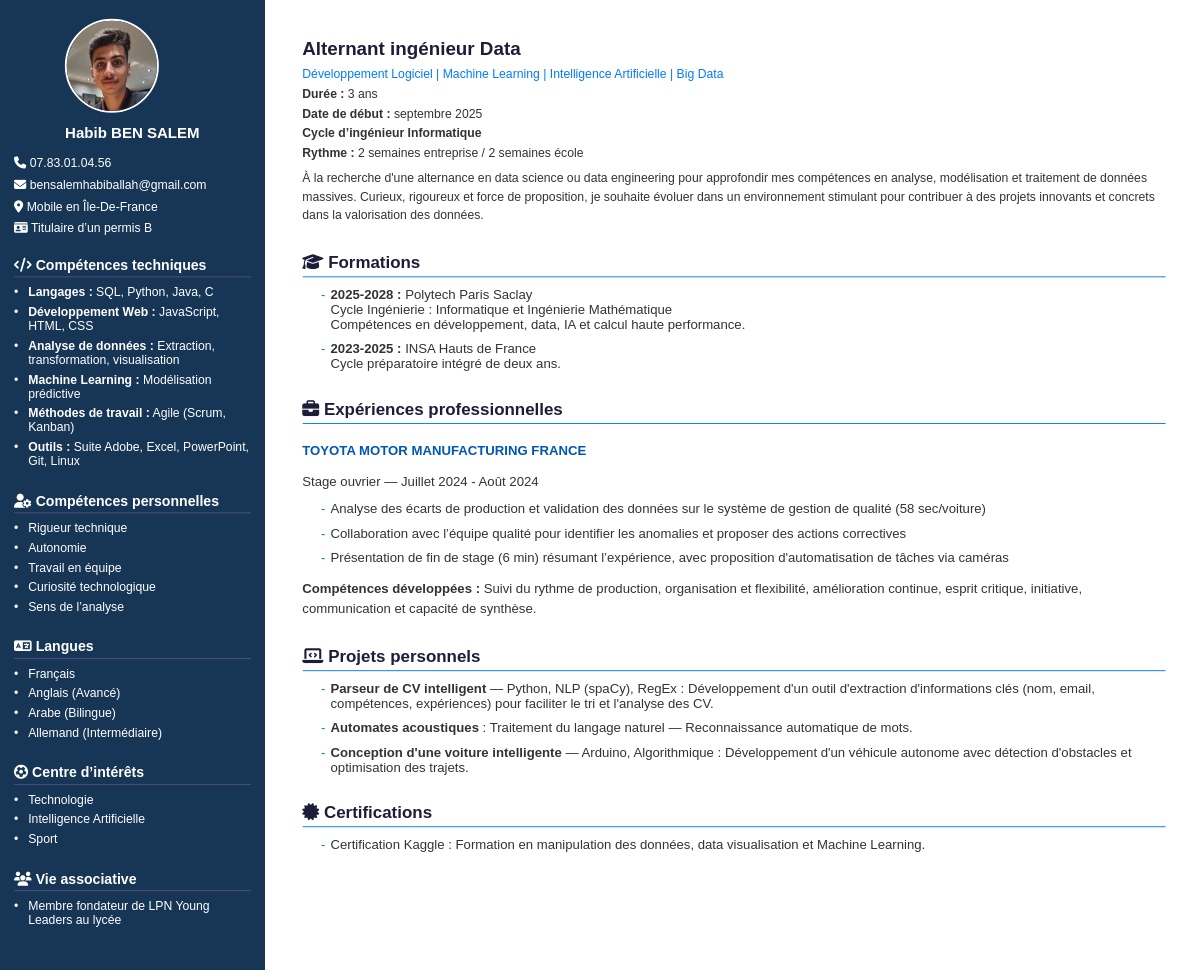
Repository: hazemax007/resume-habib
Page: index.html
An editor plug-in stored every save of this project. The page is shown before and after a run of saves, followed by the edit.
The browser window is 1280 px wide. The pictures show the whole page, at 94% of full size.

Above is the page before, as saved 2025-04-28 22:12:38.

### index.html
<!DOCTYPE html>
<html lang="fr">
<head>
  <meta charset="UTF-8">
  <meta name="viewport" content="width=device-width, initial-scale=1">
  <title>Habib BEN SALEM - Alternant ingénieur Data</title>
  <link rel="stylesheet" href="cv.css">
  <link rel="stylesheet" href="https://cdnjs.cloudflare.com/ajax/libs/font-awesome/6.4.2/css/all.min.css">
</head>
<body>
  <div class="container">
    <!-- Sidebar gauche -->
    <aside class="sidebar">
      <div class="profile">
        <img src="assets/cv.jpg" alt="Habib Ben Salem">
        <h1>Habib BEN SALEM</h1>
      </div>

      <div class="info">
        <p><i class="fas fa-phone"></i> 07.83.01.04.56</p>
        <p><i class="fas fa-envelope"></i> bensalemhabiballah@gmail.com</p>
        <p><i class="fas fa-location-dot"></i> Mobile en Île-De-France</p>
        <p><i class="fas fa-id-card"></i> Titulaire d’un permis B</p>
      </div>

      <div class="section">
        <h2><i class="fas fa-code"></i> Compétences techniques</h2>
        <ul>
          <li><strong>Langages :</strong> SQL, Python, Java, C</li>
          <li><strong>Développement Web :</strong> JavaScript, HTML, CSS</li>
          <li><strong>Analyse de données :</strong> Extraction, transformation, visualisation</li>
          <li><strong>Machine Learning :</strong> Modélisation prédictive</li>
          <li><strong>Méthodes de travail :</strong> Agile (Scrum, Kanban)</li>
          <li><strong>Outils :</strong> Suite Adobe, Excel, PowerPoint, Git, Linux</li>
        </ul>
      </div>

      <div class="section">
        <h2><i class="fas fa-user-cog"></i> Compétences personnelles</h2>
        <ul>
          <li>Rigueur technique</li>
          <li>Autonomie</li>
          <li>Travail en équipe</li>
          <li>Curiosité technologique</li>
          <li>Sens de l’analyse</li>
        </ul>
      </div>

      <div class="section">
        <h2><i class="fas fa-language"></i> Langues</h2>
        <ul>
          <li>Français</li>
          <li>Anglais (Avancé)</li>
          <li>Arabe (Bilingue)</li>
          <li>Allemand (Intermédiaire)</li>
        </ul>
      </div>

      <div class="section">
        <h2><i class="fas fa-futbol"></i> Centre d’intérêts</h2>
        <ul>
          <li>Technologie</li>
          <li>Intelligence Artificielle</li>
          <li>Sport</li>
        </ul>
      </div>

      <div class="section">
        <h2><i class="fas fa-users"></i> Vie associative</h2>
        <ul>
          <li>Membre fondateur de LPN Young Leaders au lycée</li>
        </ul>
      </div>
    </aside>

    <!-- Contenu principal droite -->
    <main class="main-content">
      <section class="intro">
        <h1>Alternant ingénieur Data</h1>
        <p class="domaines">Développement Logiciel | Machine Learning | Intelligence Artificielle | Big Data</p>
        <p><strong>Durée :</strong> 3 ans</p>
        <p><strong>Date de début :</strong> septembre 2025</p>
        <p><strong>Cycle d’ingénieur Informatique</strong></p>
        <p><strong>Rythme :</strong> 2 semaines entreprise / 2 semaines école</p>
        <p class="presentation">
          À la recherche d'une alternance en data science ou data engineering pour approfondir mes compétences en analyse, modélisation et traitement de données massives. Curieux, rigoureux et force de proposition, je souhaite évoluer dans un environnement stimulant pour contribuer à des projets innovants et concrets dans la valorisation des données.
        </p>
      </section>

      <section class="section">
        <h2><i class="fas fa-graduation-cap"></i> Formations</h2>
        <ul>
          <li><strong>2025-2028 :</strong> Polytech Paris Saclay<br>Cycle Ingénierie : Informatique et Ingénierie Mathématique<br>Compétences en développement, data, IA et calcul haute performance.</li>
          <li><strong>2023-2025 :</strong> INSA Hauts de France<br>Cycle préparatoire intégré de deux ans.</li>
        </ul>
      </section>

      <section class="section">
        <h2><i class="fas fa-briefcase"></i> Expériences professionnelles</h2>
        <h3>TOYOTA MOTOR MANUFACTURING FRANCE</h3>
        <p>Stage ouvrier — Juillet 2024 - Août 2024</p>
        <ul>
          <li>Analyse des écarts de production et validation des données sur le système de gestion de qualité (58 sec/voiture)</li>
          <li>Collaboration avec l’équipe qualité pour identifier les anomalies et proposer des actions correctives</li>
          <li>Présentation de fin de stage (6 min) résumant l’expérience, avec proposition d'automatisation de tâches via caméras</li>
        </ul>
        <p><strong>Compétences développées :</strong> Suivi du rythme de production, organisation et flexibilité, amélioration continue, esprit critique, initiative, communication et capacité de synthèse.</p>
      </section>

      <section class="section">
        <h2><i class="fas fa-laptop-code"></i> Projets personnels</h2>
        <ul>
          <li><strong>Parseur de CV intelligent</strong> — Python, NLP (spaCy), RegEx : Développement d'un outil d'extraction d'informations clés (nom, email, compétences, expériences) pour faciliter le tri et l'analyse des CV.</li>
          <li><strong>Automates acoustiques</strong> : Traitement du langage naturel — Reconnaissance automatique de mots.</li>
          <li><strong>Conception d'une voiture intelligente</strong> — Arduino, Algorithmique : Développement d'un véhicule autonome avec détection d'obstacles et optimisation des trajets.</li>
        </ul>
      </section>

      <section class="section">
        <h2><i class="fas fa-certificate"></i> Certifications</h2>
        <ul>
          <li>Certification Kaggle : Formation en manipulation des données, data visualisation et Machine Learning.</li>
        </ul>
      </section>
    </main>
  </div>
</body>
</html>

### cv.css
/* Reset */
* {
    margin: 0;
    padding: 0;
    box-sizing: border-box;
}

/* Body */
body {
    font-family: 'Poppins', Arial, sans-serif;
    background-color: #f5f5f5;
    color: #333;
    font-size: 13px;
}

/* Container principal */
.container {
    display: flex;
    min-height: 100vh;
}

/* Sidebar */
.sidebar {
    width: 22%;
    background-color: #173555;
    padding: 20px 15px;
    display: flex;
    flex-direction: column;
    align-items: center;
    color: #ffffff;
}

.profile img {
    width: 100px;
    height: 100px;
    object-fit: cover;
    border-radius: 50%;
    margin-bottom: 10px;
    border: 2px solid #ffffff;
}

.profile h1 {
    font-size: 16px;
    margin-bottom: 15px;
    text-align: center;
}

.info {
    text-align: left;
    width: 100%;
    margin-bottom: 15px;
}

.info p {
    font-size: 13px;
    margin-bottom: 8px;
}

.section {
    width: 100%;
    margin-bottom: 20px;
}

.section h2 {
    font-size: 15px;
    color: #ffffff;
    margin-bottom: 8px;
    border-bottom: 1px solid #4f4f7f;
    padding-bottom: 4px;
}

.section ul {
    list-style-type: none;
    margin-top: 5px;
}

.section ul li {
    font-size: 13px;
    margin-bottom: 6px;
    padding-left: 15px;
    position: relative;
}

.section ul li::before {
    content: "•";
    color: #ffffff;
    position: absolute;
    left: 0;
}

/* Main content */
.main-content {
    width: 78%;
    background-color: #ffffff;
    padding: 40px 40px;
    font-size: 13px;
}

.main-content h1 {
    font-size: 20px;
    color: #1d1d39;
    margin-bottom: 8px;
}

.domaines {
    font-size: 13px;
    color: #007bff;
    margin-bottom: 10px;
}

.intro p {
    font-size: 13px;
    margin-bottom: 6px;
}

.presentation {
    margin-top: 10px;
    font-size: 13px;
    line-height: 1.5;
}

.main-content .section {
    margin-top: 30px;
}

.main-content .section h2 {
    font-size: 16px;
    margin-bottom: 10px;
    color: #1d1d39;
    border-bottom: 1px solid #007bff;
    padding-bottom: 4px;
}

.main-content .section h3 {
    font-size: 14px;
    margin-bottom: 4px;
    color: #0056b3;
    margin-top: 20px;
}

.main-content .section ul {
    list-style-type: none;
    margin-top: 5px;
    margin-left: 20px;
}

.main-content .section ul li {
    margin-bottom: 15px;
    font-size: 14px;
    padding-left: 10px;
    position: relative;
}

.main-content .section ul li::before {
    content: "-";
    color: #007bff;
    position: absolute;
    left: 0;
}

.main-content .section p {
    margin-top: 15px;
    font-size: 13px;
    line-height: 1.5;
}

/* Modification des sections Expériences et Projets */
.main-content .section h2 {
    margin-top: 20px;
    font-size: 18px; /* Augmenter la taille du titre de la section */
}

.main-content .section p,
.main-content .section ul li {
    font-size: 14px; /* Augmenter la taille de la police du texte */
    margin-bottom: 10px; /* Ajouter un espacement entre les éléments */
}

/* Responsive */
@media (max-width: 768px) {
    .container {
        flex-direction: column;
    }

    .sidebar, .main-content {
        width: 100%;
        padding: 30px;
    }
}

After the next 3 saves:
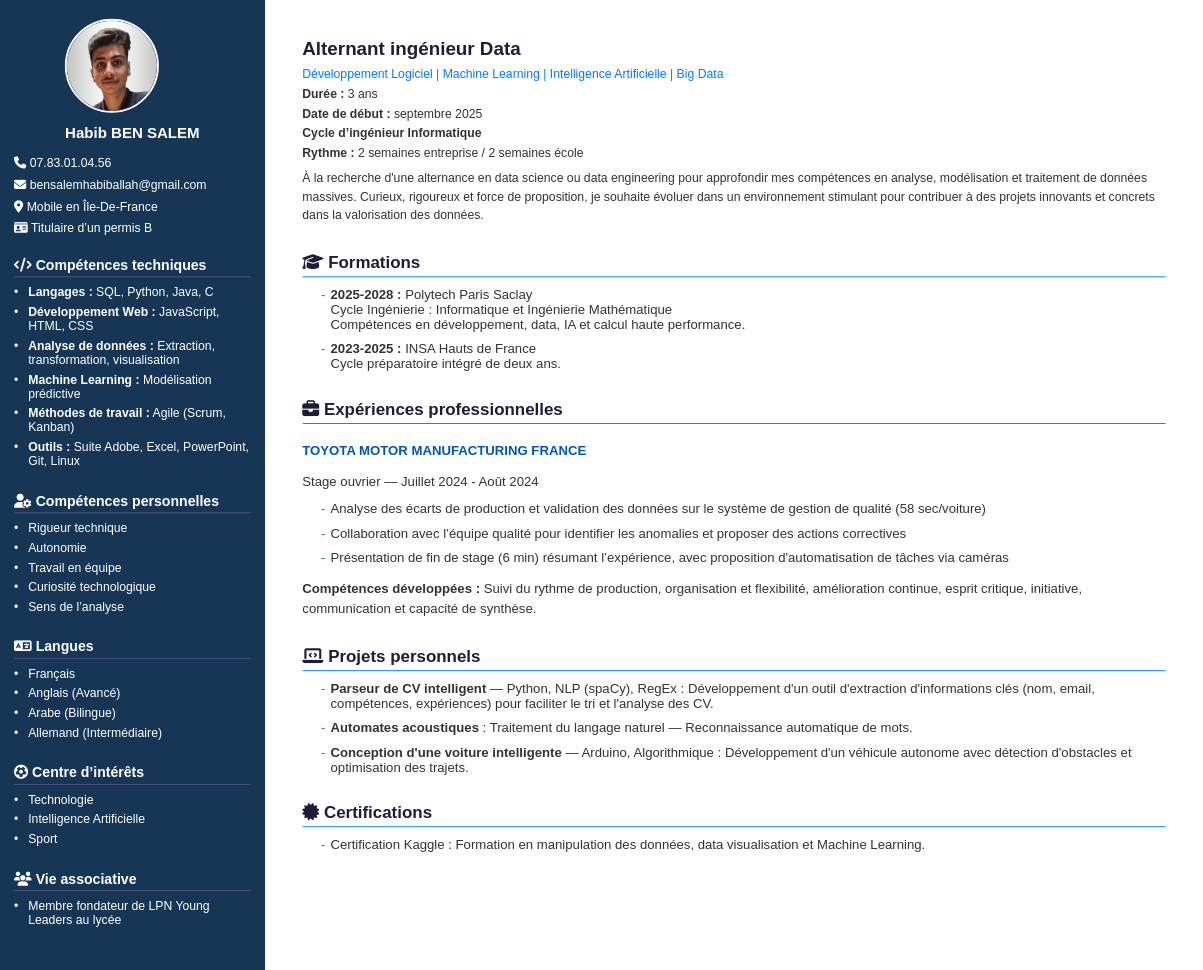
The 3 saves are shown as one change because they came seconds apart.
The last was saved 4 min 4 s later.
--- a/index.html
+++ b/index.html
@@ -12,7 +12,7 @@
     <!-- Sidebar gauche -->
     <aside class="sidebar">
       <div class="profile">
-        <img src="assets/cv.jpg" alt="Habib Ben Salem">
+        <img src="assets/profile-pic.png" alt="Habib Ben Salem">
         <h1>Habib BEN SALEM</h1>
       </div>
 
